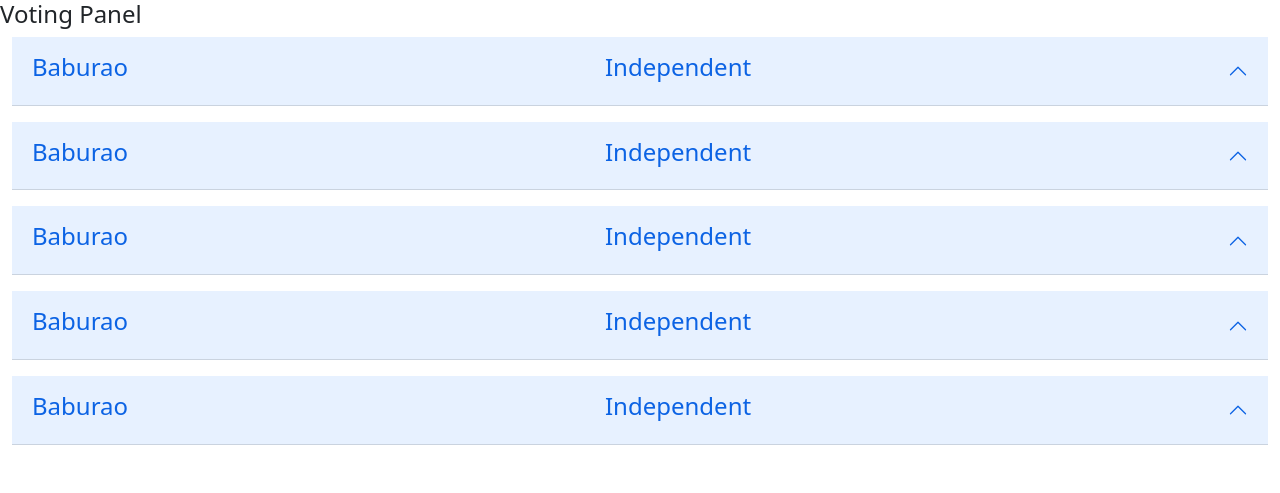
Repository: DavidManiIbrahim/Voting-app
Page: panel.html
An editor plug-in stored every save of this project. The page is shown before and after the next save, followed by the edit.
The browser window is 1280 px wide. The pictures show the whole page.

Above is the page before, as saved 2025-01-20 05:38:56.

After the next save:
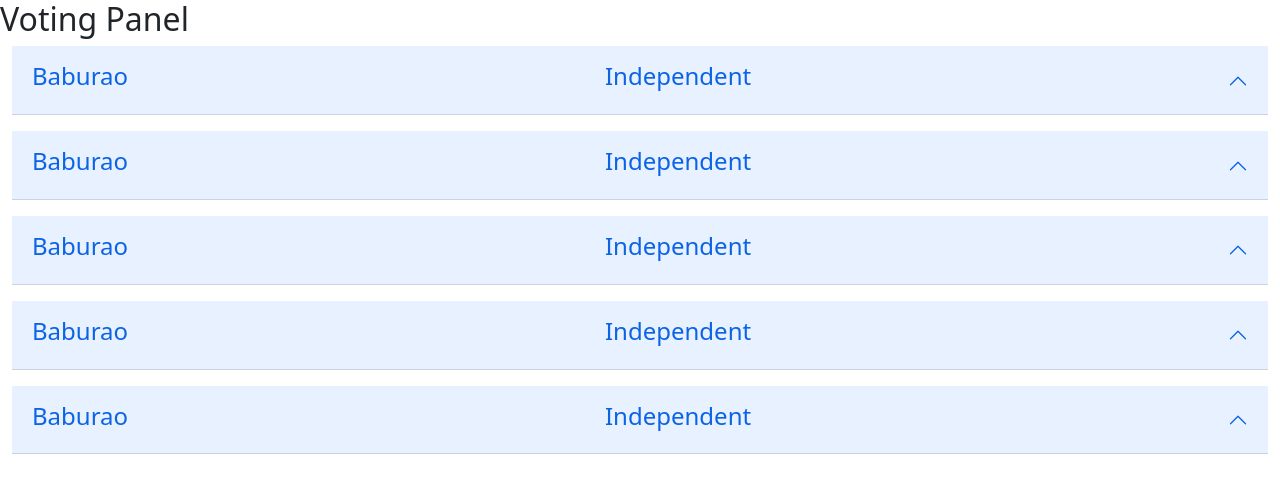
Saved 18 s later.
--- a/panel.html
+++ b/panel.html
@@ -8,7 +8,7 @@
 </head>
 <body>
 
-<h4>Voting Panel</h4>
+<h2>Voting Panel</h2>
 
     <div class="container-fluid">
         <!-- accordion one -->
